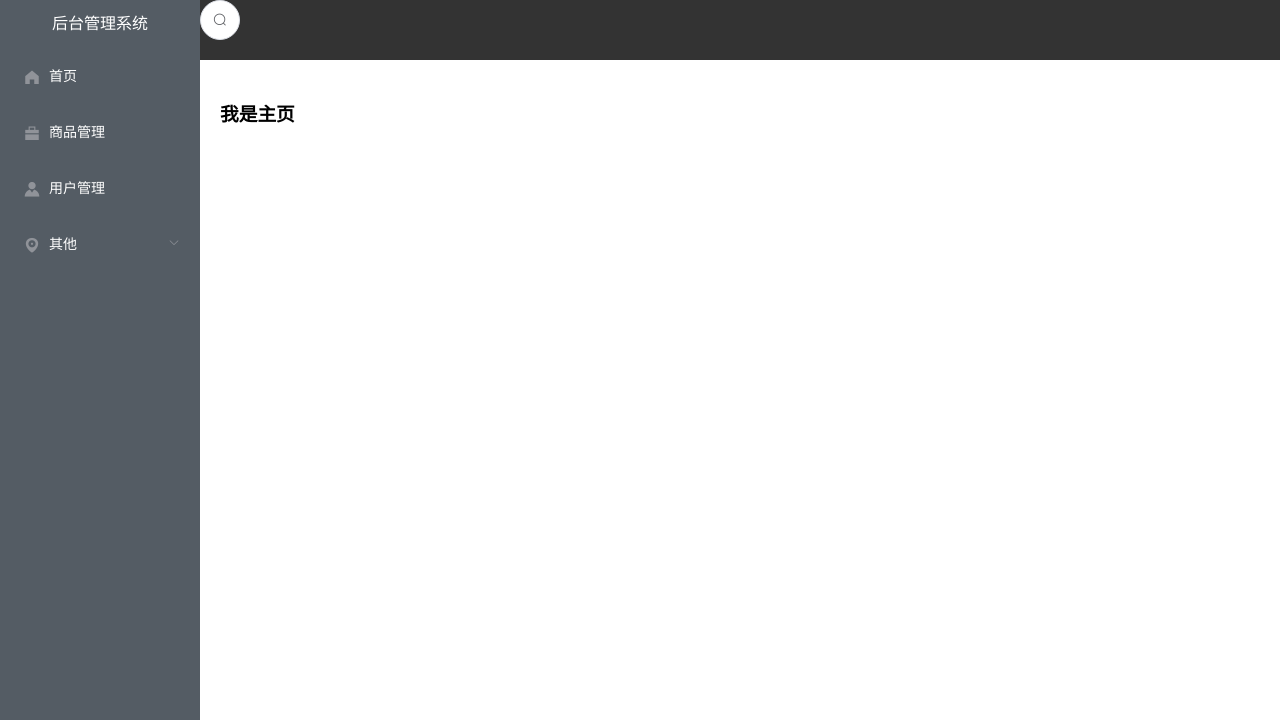
Repository: ldqml/ldqml.github.io
Page: /
An editor plug-in stored every save of this project. The page is shown before and after the next save, followed by the edit.
The browser window is 1280 px wide. The pictures show the whole page.
The project was rebuilt for these pictures with package versions that can differ from the ones it lists, and the page was loaded fresh each time. Also part of the build but not shown: vue.config.js, src/views/User.vue, src/views/Mall.vue, src/views/PageOne.vue, src/views/PageTwo.vue.

Above is the page before, as saved 2022-10-31 20:41:04.

After the next save:
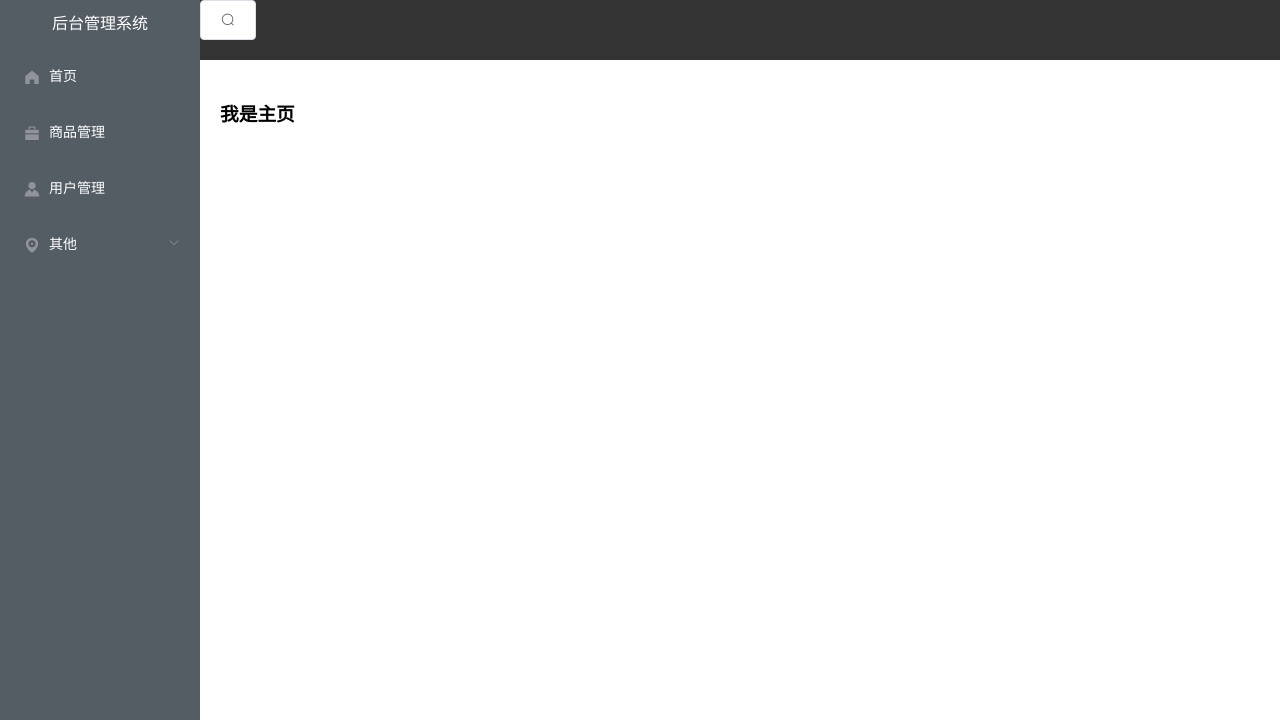
Saved 24 s later.
--- a/src/components/ComHeader.vue
+++ b/src/components/ComHeader.vue
@@ -1,7 +1,7 @@
 <template>
     <div class="header-container">
         <div class="l-content">
-            <el-button icon="el-icon-search" circle></el-button>
+            <el-button icon="el-icon-search"></el-button>
         </div>
         <div class="r-content"></div>
     </div>
